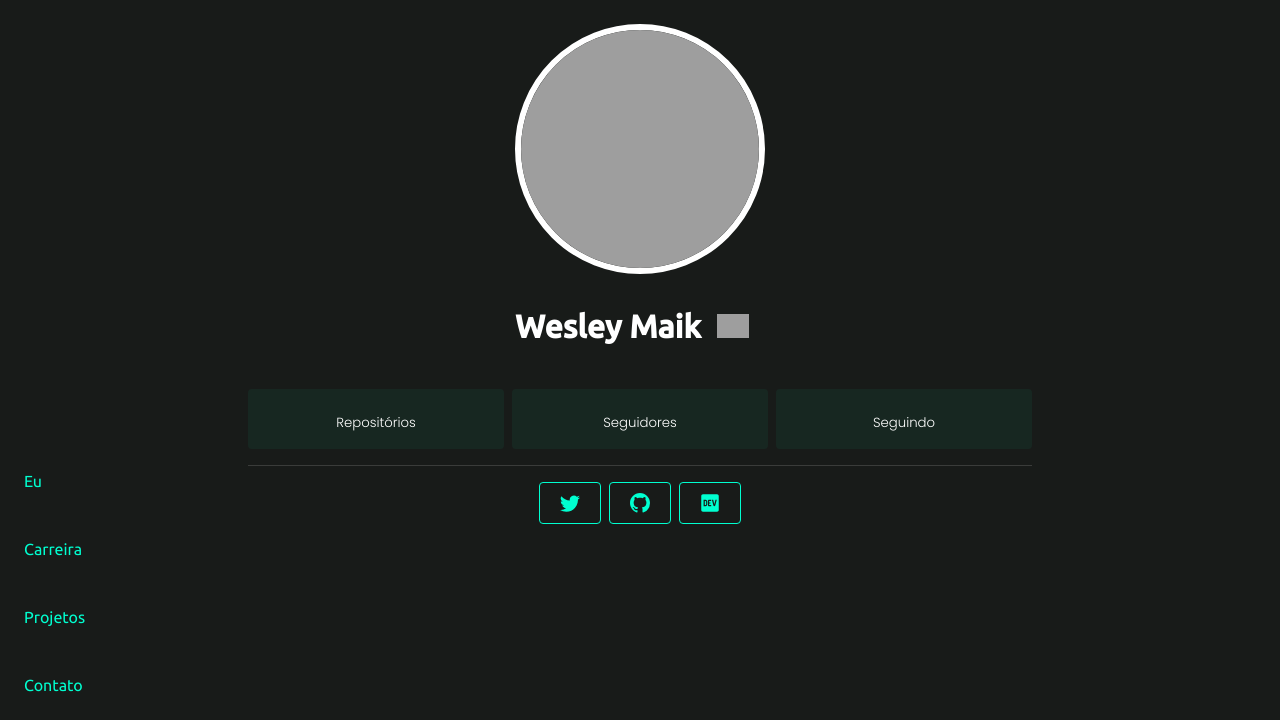
Repository: WesleyMaik/wesleymaik.github.io
Page: /
These files come from the project's save history. The page is drawn as it stood at one moment and after the next save; the edit follows.
The browser window is 1280 px wide. The pictures show the whole page.
Pictures or frames that could not be fetched are drawn as grey boxes. The page's requests for data from a server got no answer. The project was rebuilt for these pictures with package versions that can differ from the ones it lists, and the page was loaded fresh each time. No one was signed in, and anything a server would have sent is missing. Also part of the build but not shown: vite.config.ts.

Above is the page before, as saved 2022-08-08 13:17:45.

After the next save:
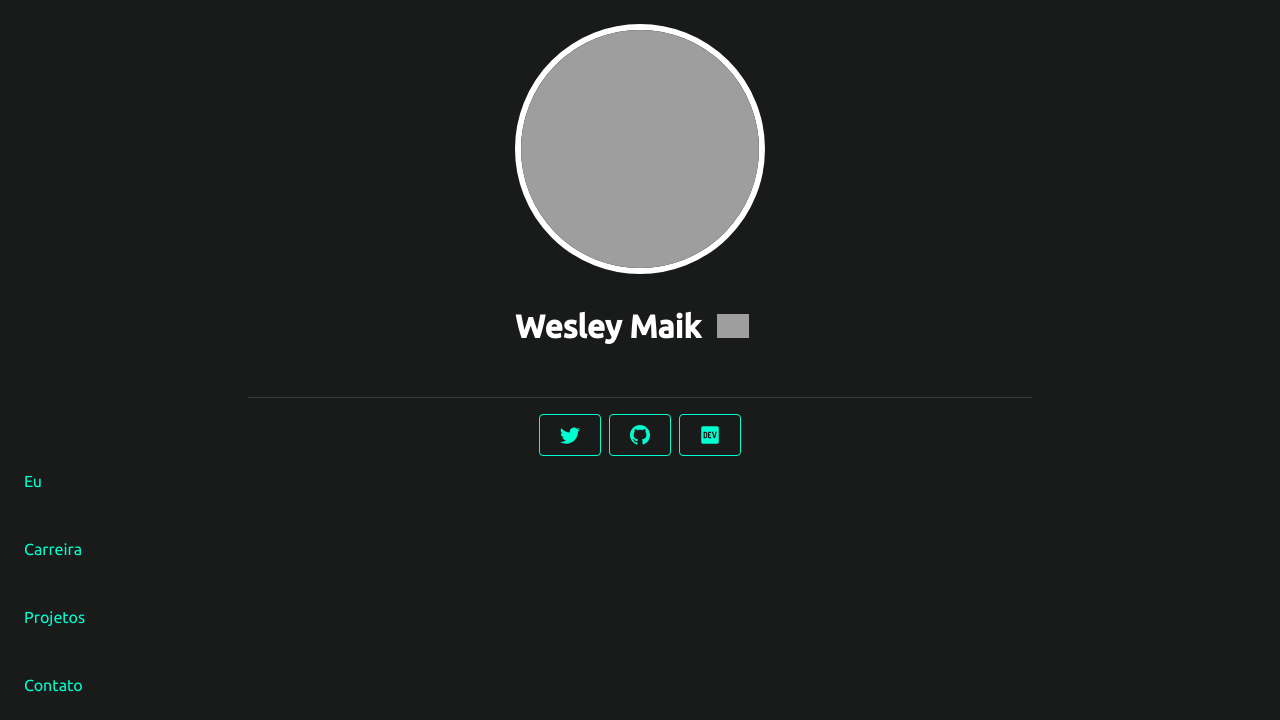
Saved 26 s later.
--- a/src/components/template/github.tsx
+++ b/src/components/template/github.tsx
@@ -117,26 +117,31 @@
 
     return(
         <Container>
-            <div className="location">
-                {
-                    data?.location &&
-                    <p className="title"><TiLocation className="icon" />{ data?.location }</p>
-                }
-            </div>
-            <div className="info">
-                <div className="card">
-                    <h2 className="text">{ data?.public_repos }</h2>
-                    <h5 className="title">Repositórios</h5>
+            {
+                data &&
+                <>
+                <div className="location">
+                    {
+                        data?.location &&
+                        <p className="title"><TiLocation className="icon" />{ data?.location }</p>
+                    }
                 </div>
-                <div className="card">
-                    <h2 className="text">{ data?.followers }</h2>
-                    <h5 className="title">Seguidores</h5>
+                <div className="info">
+                    <div className="card">
+                        <h2 className="text">{ data?.public_repos }</h2>
+                        <h5 className="title">Repositórios</h5>
+                    </div>
+                    <div className="card">
+                        <h2 className="text">{ data?.followers }</h2>
+                        <h5 className="title">Seguidores</h5>
+                    </div>
+                    <div className="card">
+                        <h2 className="text">{ data?.following }</h2>
+                        <h5 className="title">Seguindo</h5>
+                    </div>
                 </div>
-                <div className="card">
-                    <h2 className="text">{ data?.following }</h2>
-                    <h5 className="title">Seguindo</h5>
-                </div>
-            </div>
+                </>
+            }
         </Container>
     )
 };
